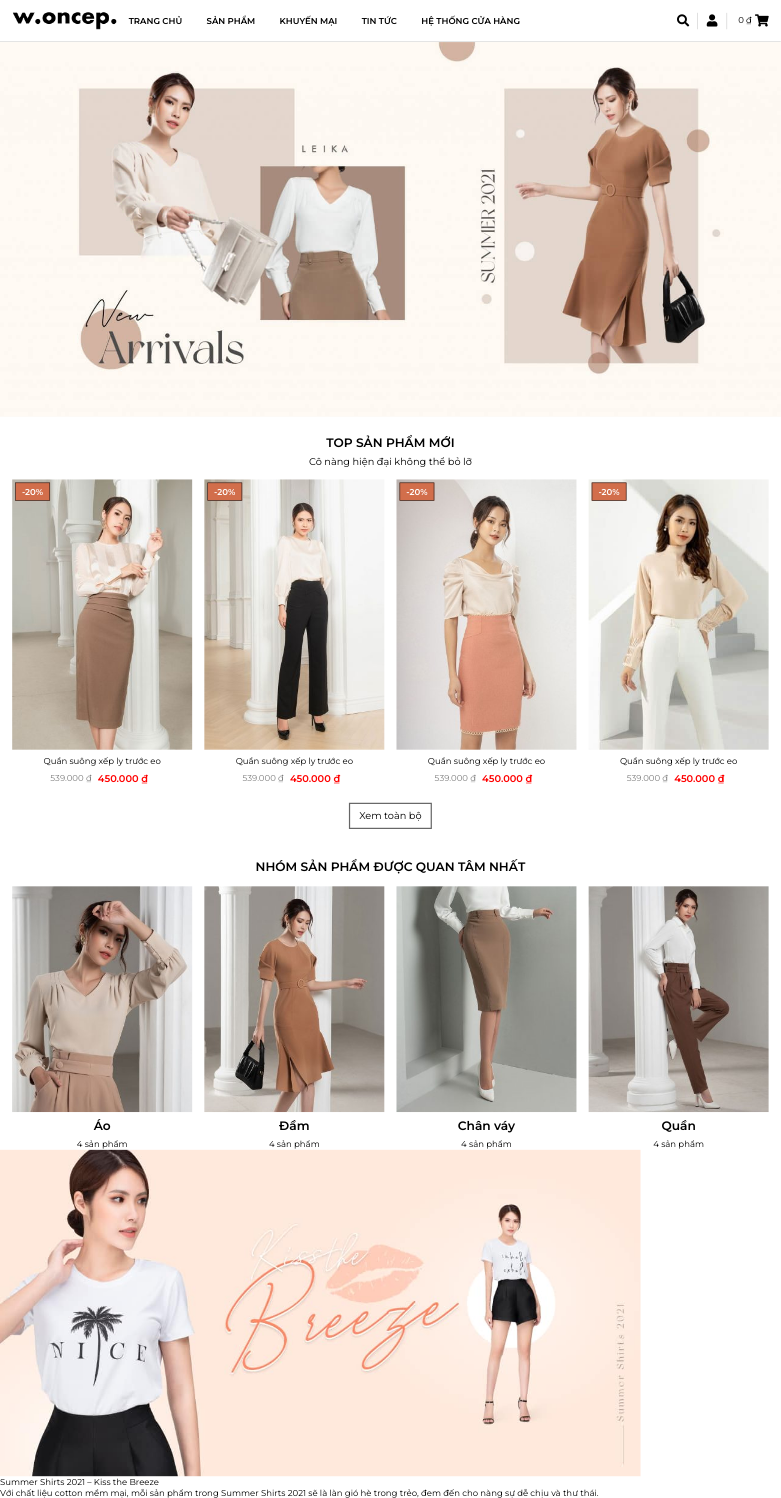
Repository: Nguyenductuan-dev/bt_j2team
Page: index.html
An editor plug-in stored every save of this project. The page is shown before and after the next save, followed by the edit.
The browser window is 1280 px wide. The pictures show the whole page, at 61% of full size.

Above is the page before, as saved 2021-12-12 16:54:12.

### index.html
<!DOCTYPE html>
<html lang="en">
<head>
    <meta charset="UTF-8">
    <meta http-equiv="X-UA-Compatible" content="IE=edge">
    <meta name="viewport" content="width=device-width, initial-scale=1.0">
    <link rel="stylesheet" href="css/style.css">
    <link rel="stylesheet" href="./fonts/fontawesome-free-5.15.3-web/css/all.min.css">

    <link rel="preconnect" href="https://fonts.googleapis.com">
    <link rel="preconnect" href="https://fonts.gstatic.com" crossorigin>
    <link href="https://fonts.googleapis.com/css2?family=Montserrat:ital,wght@0,200;0,300;0,400;0,500;0,600;0,700;1,600&display=swap" rel="stylesheet">
    <title>Document</title>
</head>
<body>

    <div class="wrapper">

        <!-- HEADER -->
        <div class="header">

            <div class="header__logo">
                <a class="header__logo_link" href="">
                    <img class="header__logo_img" src="./images/logo.png" alt="">
                </a>
            </div>

            <nav class="header__navbar">
                <ul class="header__navbar_list">
                    <li class="header__navbar_item">
                        <a href="" class="header__navbar_link">Trang chủ</a>
                    </li>
                    <li class="header__navbar_item">
                        <a href="" class="header__navbar_link">Sản phẩm</a>
                    </li>
                    <li class="header__navbar_item">
                        <a href="" class="header__navbar_link">Khuyến mại</a>
                    </li>
                    <li class="header__navbar_item">
                        <a href="" class="header__navbar_link">Tin tức</a>
                    </li>
                    <li class="header__navbar_item">
                        <a href="" class="header__navbar_link">hệ thống cửa hàng</a>
                    </li>
                </ul>
            </nav>

            <div class="header__right">
                <div class="header__search">
                    <i class="fas fa-search header__search-icon"></i>
                </div>

                <div class="header__user">
                    <i class="fas fa-user header__user-icon"></i>
                </div>

                <div class="header__cart">
                    <div class="header__cart_price">
                        0 ₫
                    </div>
                    <div class="header__cart">
                        <i class="fas fa-shopping-cart header__cart_icon"></i>
                    </div>
                </div>
            </div>

        </div>

        <!-- CONTAINER -->
        <div class="container">

            <div class="banner">
                <div class="banner__link">
                    <img src="./images/banner.jpg" alt="" class="banner__img">
                </div>
            </div>
            <!-- Product -->
            <div class="home__product">
                <div class="home__product-heading">
                    <h3 class="home__product-heading-title">
                        TOP SẢN PHẨM MỚI
                    </h3>
                    <p class="home__product-heading-description">
                        Cô nàng hiện đại không thể bỏ lỡ
                    </p>
                </div>
                <div class="home__product-list">
                    <div class="home__product-item">
                        <a href="" class="home__product-item__link">
                            <img src="./images/product1.jpg" alt="" class="home__product-item__img">
                        </a>

                        <a href="">
                            <h3 class="home__product-item__title">
                                Quần suông xếp ly trước eo
                            </h3>
                        </a>
                        <div class="home__product-item__price">
                            <span class="home-product-item__price-old">539.000 ₫</span>
                            <span class="home-product-item__price-current">450.000 ₫</span>
                        </div>

                        <div class="home-product-item__sale-off">
                            <span>-20%</span>
                        </div>

                    </div>
                    <div class="home__product-item">
                        <a href="" class="home__product-item__link">
                            <img src="./images/product2.jpg" alt="" class="home__product-item__img">
                        </a>

                        <a href="">
                            <h3 class="home__product-item__title">
                                Quần suông xếp ly trước eo
                            </h3>
                        </a>
                        <div class="home__product-item__price">
                            <span class="home-product-item__price-old">539.000 ₫</span>
                            <span class="home-product-item__price-current">450.000 ₫</span>
                        </div>

                        <div class="home-product-item__sale-off">
                            <span>-20%</span>
                        </div>

                    </div>
                    <div class="home__product-item">
                        <a href="" class="home__product-item__link">
                            <img src="./images/product3.jpg" alt="" class="home__product-item__img">
                        </a>

                        <a href="">
                            <h3 class="home__product-item__title">
                                Quần suông xếp ly trước eo
                            </h3>
                        </a>
                        <div class="home__product-item__price">
                            <span class="home-product-item__price-old">539.000 ₫</span>
                            <span class="home-product-item__price-current">450.000 ₫</span>
                        </div>

                        <div class="home-product-item__sale-off">
                            <span>-20%</span>
                        </div>

                    </div>
                    <div class="home__product-item">
                        <a href="" class="home__product-item__link">
                            <img src="./images/product4.jpg" alt="" class="home__product-item__img">
                        </a>

                        <a href="">
                            <h3 class="home__product-item__title">
                                Quần suông xếp ly trước eo
                            </h3>
                        </a>
                        <div class="home__product-item__price">
                            <span class="home-product-item__price-old">539.000 ₫</span>
                            <span class="home-product-item__price-current">450.000 ₫</span>
                        </div>

                        <div class="home-product-item__sale-off">
                            <span>-20%</span>
                        </div>
                    </div>
                </div>

                <div class="home__product-total">
                    <a href="" class="home__product-total-link">Xem toàn bộ</a>
                </div>
            </div>

            <!-- Catalogue -->
            <div class="home_catalogue">
                <h3 class="home_catalogue-heading">
                    NHÓM SẢN PHẨM ĐƯỢC QUAN TÂM NHẤT
                </h3>

                <div class="home_catalogue-list">
                    <div class="home_catalogue-item">
                        <a class="home_catalogue-link" href="">
                            <img class="home_catalogue-img" src="./images/catalogue1.jpg" alt="">
                            <h3 class="home_catalogue-title">Áo</h3>
                            <p class="home_catalogue-quantily">4 sản phẩm</p>
                        </a>
                    </div>
                    <div class="home_catalogue-item">
                        <a class="home_catalogue-link" href="">
                            <img class="home_catalogue-img" src="./images/catalogue2.jpg" alt="">
                            <h3 class="home_catalogue-title">Đầm</h3>
                            <p class="home_catalogue-quantily">4 sản phẩm</p>
                        </a>
                    </div>
                    <div class="home_catalogue-item">
                        <a class="home_catalogue-link" href="">
                            <img class="home_catalogue-img" src="./images/catalogue3.jpg" alt="">
                            <h3 class="home_catalogue-title">Chân váy</h3>
                            <p class="home_catalogue-quantily">4 sản phẩm</p>
                        </a>
                    </div>
                    <div class="home_catalogue-item">
                        <a class="home_catalogue-link" href="">
                            <img class="home_catalogue-img" src="./images/catalogue4.jpg" alt="">
                            <h3 class="home_catalogue-title">Quần</h3>
                            <p class="home_catalogue-quantily">4 sản phẩm</p>
                        </a>
                    </div>
                </div>
            </div>

            <!-- Collection -->
            <div class="home_collection">
                <a href="" class="home_collection-link">
                    <img src="./images/banner2.jpg" alt="" class="home_collection-img">
                    <h3 class="home_collection-title">
                        Summer Shirts 2021 – Kiss the Breeze
                    </h3>
                    <p class="home_collection-descriptin">
                        Với chất liệu cotton mềm mại, mỗi sản phẩm trong Summer Shirts 2021 sẽ là làn gió hè trong trẻo,
                        đem đến cho nàng sự dễ chịu và thư thái.
                    </p>
                </a>
            </div>
        </div>

    </div>

    <script src="javascript/main.js"></script>
</body>
</html>

### css/style.css
* {
    margin: 0;
    padding: 0;
    box-sizing: border-box;
    outline: 0;
}

img {
    display: block;
    max-width: 100%;
    margin: 0;
}

a {
    text-decoration: none;
    color: inherit;
}

h1, h2, h3, h4, h5, h6 {
    font-size: 14px;
    font-weight: 400;
}

p, ul {
    margin: 0;
    padding: 0;
}

body {
    font-family: "Montserrat", sans-serif;
    font-weight: 400;
    font-size: 14px;
}


.header {
    display: flex;
    justify-content: space-between;
    align-items: center;
    padding: 20px;
    flex-wrap: wrap;
    border-bottom: 1px solid #ccc;
}
.header__navbar {
    flex: 1;
}

.header__navbar_list {
    display: flex;
    list-style: none;
    font-size: 14px;
    text-transform: uppercase;
    font-weight: 600;
}
.header__navbar_item {
    padding: 0 20px;
}

.header__right {
    display: flex;
    justify-content: space-between;
    flex-wrap: wrap;
    width: 150px;
    align-items: center;
}

.header__search-icon,
.header__user-icon,
.header__cart_icon{
    font-size: 20px;
    font-weight: 300;
}
.header__cart {
    display: flex;
    justify-content: space-between;

}
.header__user {
    padding: 3px 15px;
    border-left: 1px solid #ccc;
    border-right: 1px solid #ccc;

}
.header__cart_price {
    padding: 0 5px;
    font-size: 14px;
}

/* CONTAINER */
.home__product {
    margin-top: 30px;
}
.home__product-heading {
    text-align: center;
}
.home__product-heading-title {
    font-size: 20px;
    font-weight: 600;
    text-transform: uppercase;
    margin-bottom: 10px;
}

.home__product-heading-description {
    font-size: 16px;
}

.home__product-list {
    margin-top:  20px;
    display: grid;
    grid-template-columns: 1fr 1fr 1fr 1fr;
    grid-gap: 20px;
    padding: 0 20px;
}
.home__product-item {
    position: relative;
}
.home__product-item__img {
    width: 100%;
    margin-bottom: 10px;
}
.home__product-item__title {
    font-size: 14px;
    text-align: center;
    margin-bottom: 10px;
}

.home__product-item__price {
    display: flex;
    justify-content: center;
}
.home-product-item__price-old {
    font-size: 14px;
    color: gray;
}
.home-product-item__price-current {
    font-size: 16px;
    color: red;
    font-weight: 600;
    padding: 0 10px;
}
.home-product-item__sale-off {
    position:absolute;
    top:5px;
    left: 5px;
    padding: 5px 10px;
    background-color: #d26e4b;
    color: #fff;
    font-weight: 600;
    border: 1px solid #222;
}
.home__product-total {
    margin-top: 30px;
    text-align: center;
}
.home__product-total-link {
    display: inline-block;
    font-size: 16px;
    padding: 10px 15px;
    border: 2px solid #666;
}

/* CATALOGUE */

.home_catalogue {
    margin-top: 50px;
}

.home_catalogue-heading {
    text-align: center;
    font-size: 20px;
    font-weight: 600;
}
.home_catalogue-list {
    margin-top:  20px;
    display: grid;
    grid-template-columns: 1fr 1fr 1fr 1fr;
    grid-gap: 20px;
    padding: 0 20px;
}
.home_catalogue-link {
    display: block;
}
.home_catalogue-img {
    width: 100%;
    margin-bottom: 10px;
}
.home_catalogue-title {
    font-size: 20px;
    font-weight: 600;
    text-align: center;
    margin-bottom: 10px;

}
.home_catalogue-quantily {
    text-align: center;
    font-size: 14px;
}

Loaded but not shown: fonts/fontawesome-free-5.15.3-web/css/all.min.css (library); javascript/main.js (no stored copy; drawn as an empty file)

After the next save:
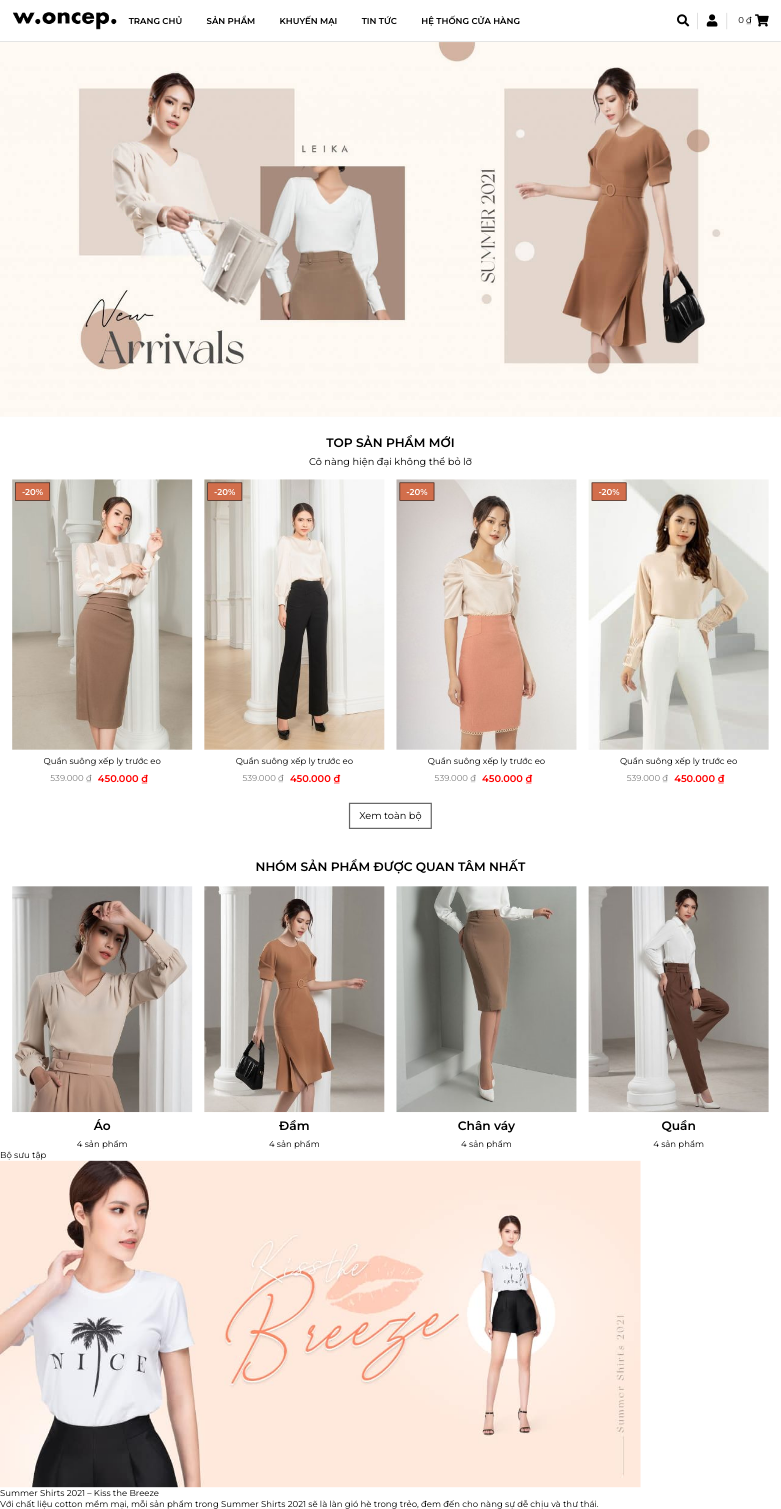
Saved 51 s later.
--- a/index.html
+++ b/index.html
@@ -211,6 +211,9 @@
 
             <!-- Collection -->
             <div class="home_collection">
+                <h3 class="home_collection-heading">
+                    Bộ sưu tập
+                </h3>
                 <a href="" class="home_collection-link">
                     <img src="./images/banner2.jpg" alt="" class="home_collection-img">
                     <h3 class="home_collection-title">
